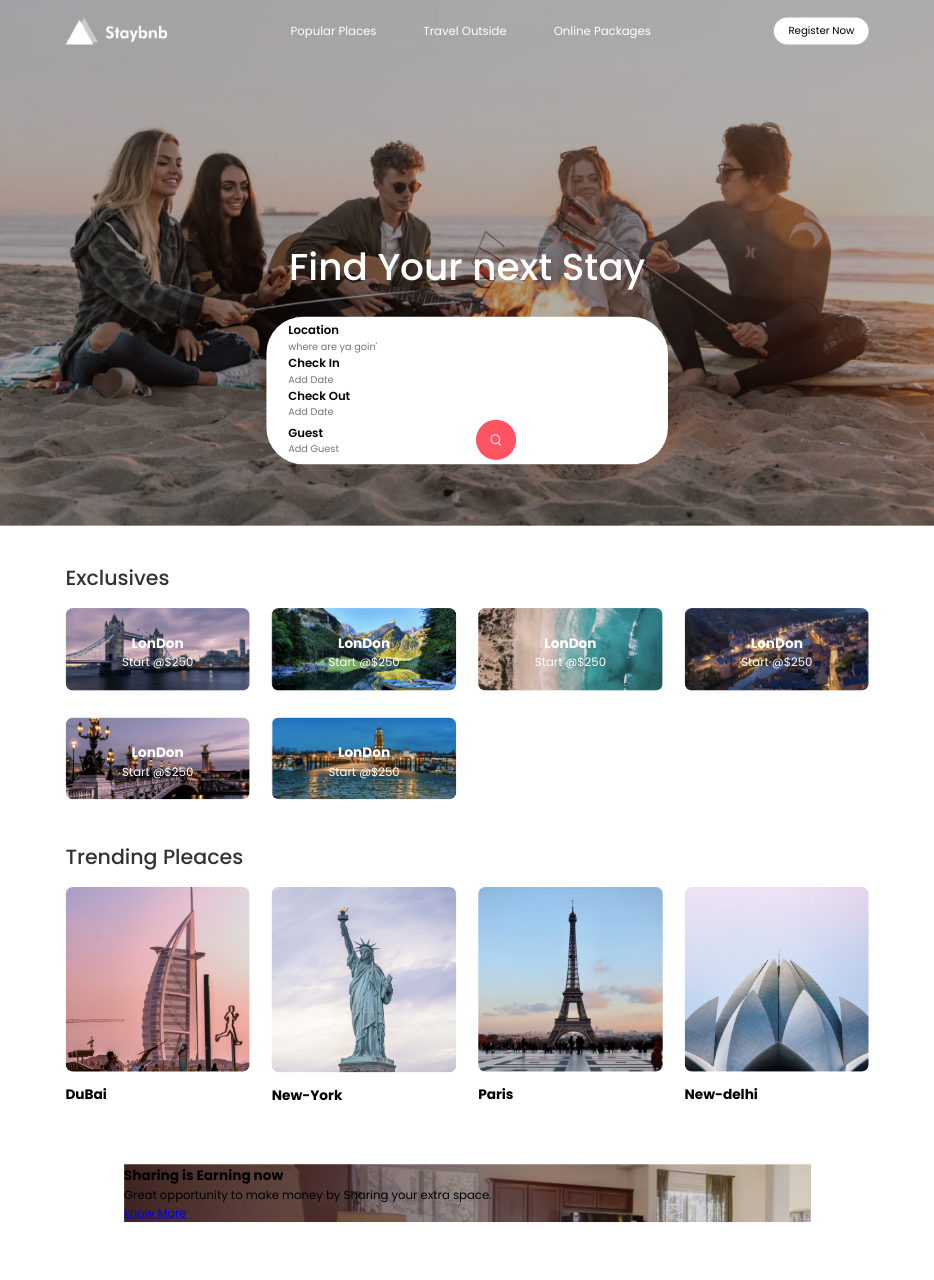
Repository: pinocoding/AirBnB
Page: house.html
An editor plug-in stored every save of this project. The page is shown before and after a run of saves, followed by the edit.
The browser window is 1280 px wide. The pictures show the whole page, at 73% of full size.

Above is the page before, as saved 2022-01-23 15:43:26.

After the next 2 saves:
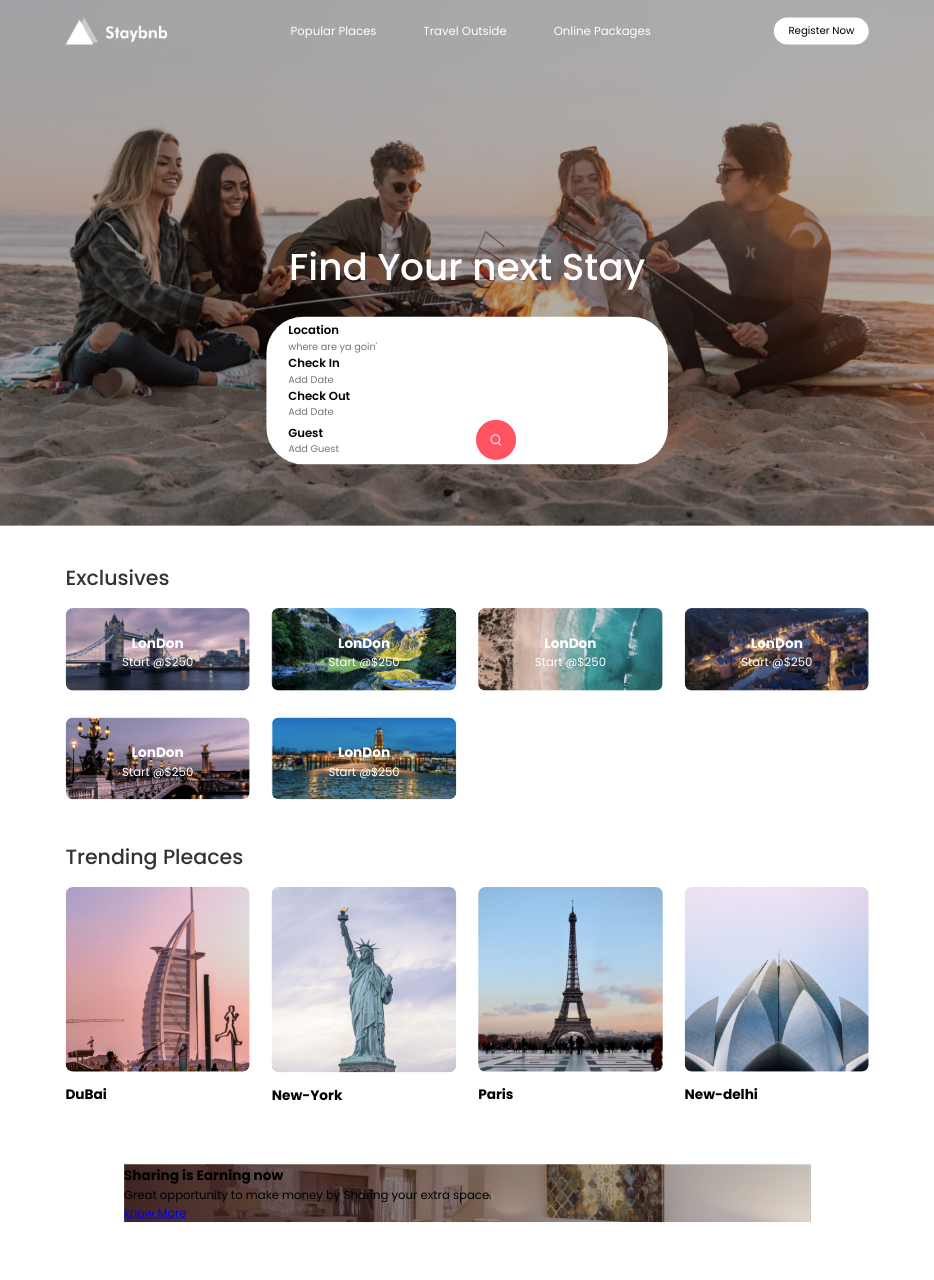
The 2 saves are shown as one change because they came seconds apart.
The last was saved 10 s later.
--- a/style.css
+++ b/style.css
@@ -148,4 +148,5 @@ padding-top: 22%
 .cta {
   margin : 80px ;
   background-image: linear-gradient(to right, #3f2321,transparent),url(/images/banner-2.png);
+  background-size: cover ;
 }
